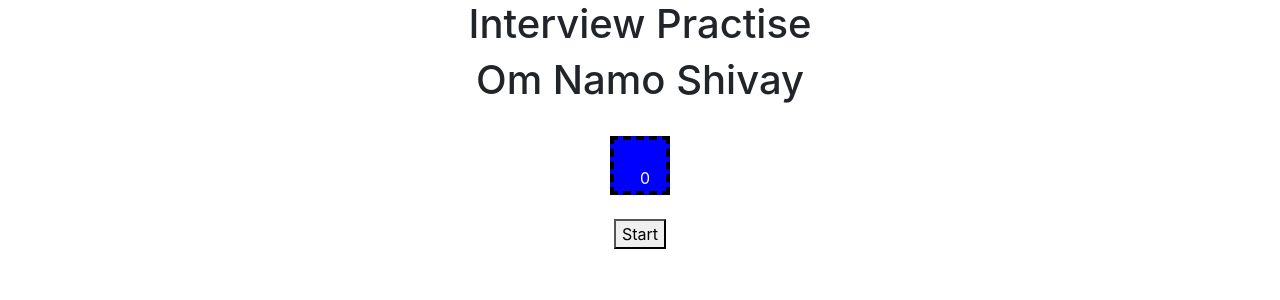
Repository: punitbathija/Machine-Round-React
Page: /
The author's editor kept a copy of each file at every save. The page is drawn from the files as they stood at one save, then again after the next save.
The browser window is 1280 px wide. The pictures show the whole page.
The project was rebuilt for these pictures with package versions that can differ from the ones it lists, and the page was loaded fresh each time. Also part of the build but not shown: src/components/counter.jsx.

Above is the page before, as saved 2023-06-01 12:39:27.

After the next save:
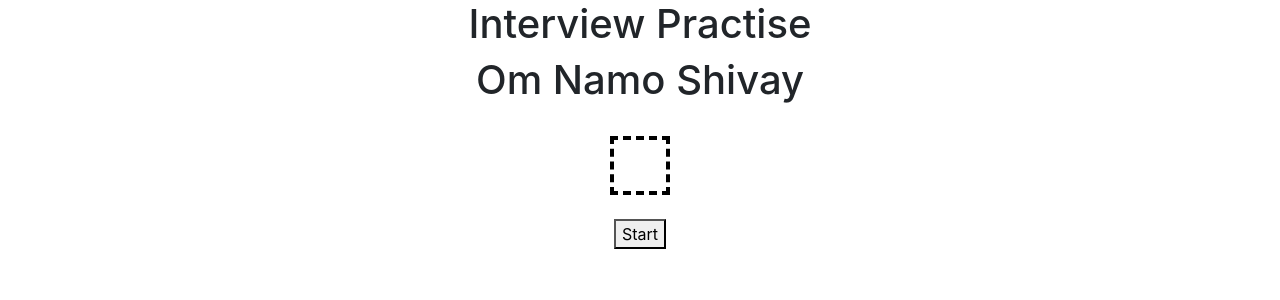
Saved 101 s later.
--- a/src/components/ProgressBar.js
+++ b/src/components/ProgressBar.js
@@ -29,7 +29,7 @@ const ProgressBar = () => {
           textAlign: "center",
           height: "20px",
           width: `${progress}%`,
-          backgroundColor: "blue",
+          backgroundColor: "linear-gradient(to right, black, yellow",
           color: "white",
           transition: "ease",
           border: "4px dashed black",
